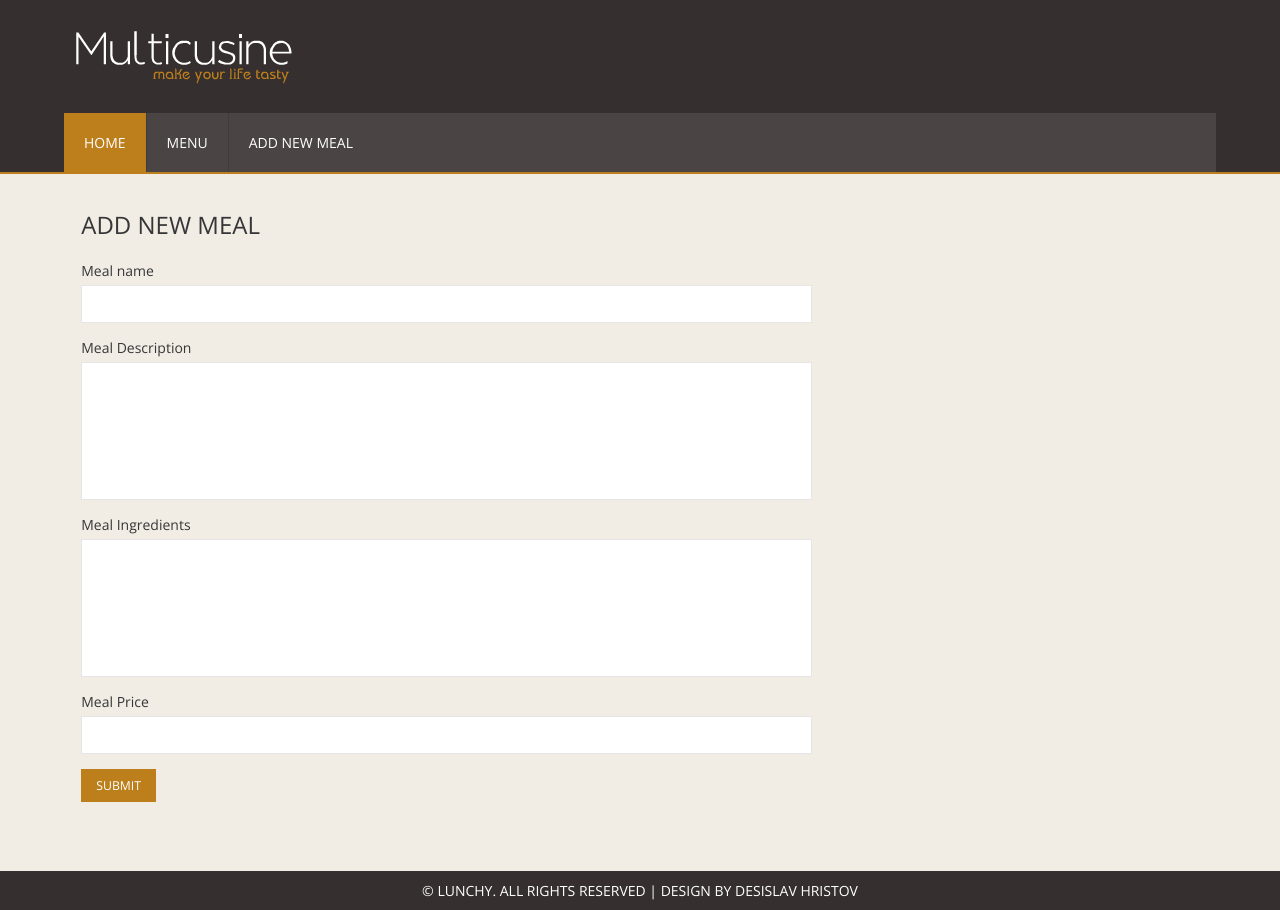
Repository: desso919/lunchy
Page: http://localhost/Lunchy/web/AddNewMealPage.jsp
An editor plug-in stored every save of this project. The page is shown before and after the next save, followed by the edit.
The browser window is 1280 px wide. The pictures show the whole page.
The page is served by Tomcat 9. Nobody is signed in. The application's start-up code is not run.

Above is the page before, as saved 2018-01-13 22:45:24.

After the next save:
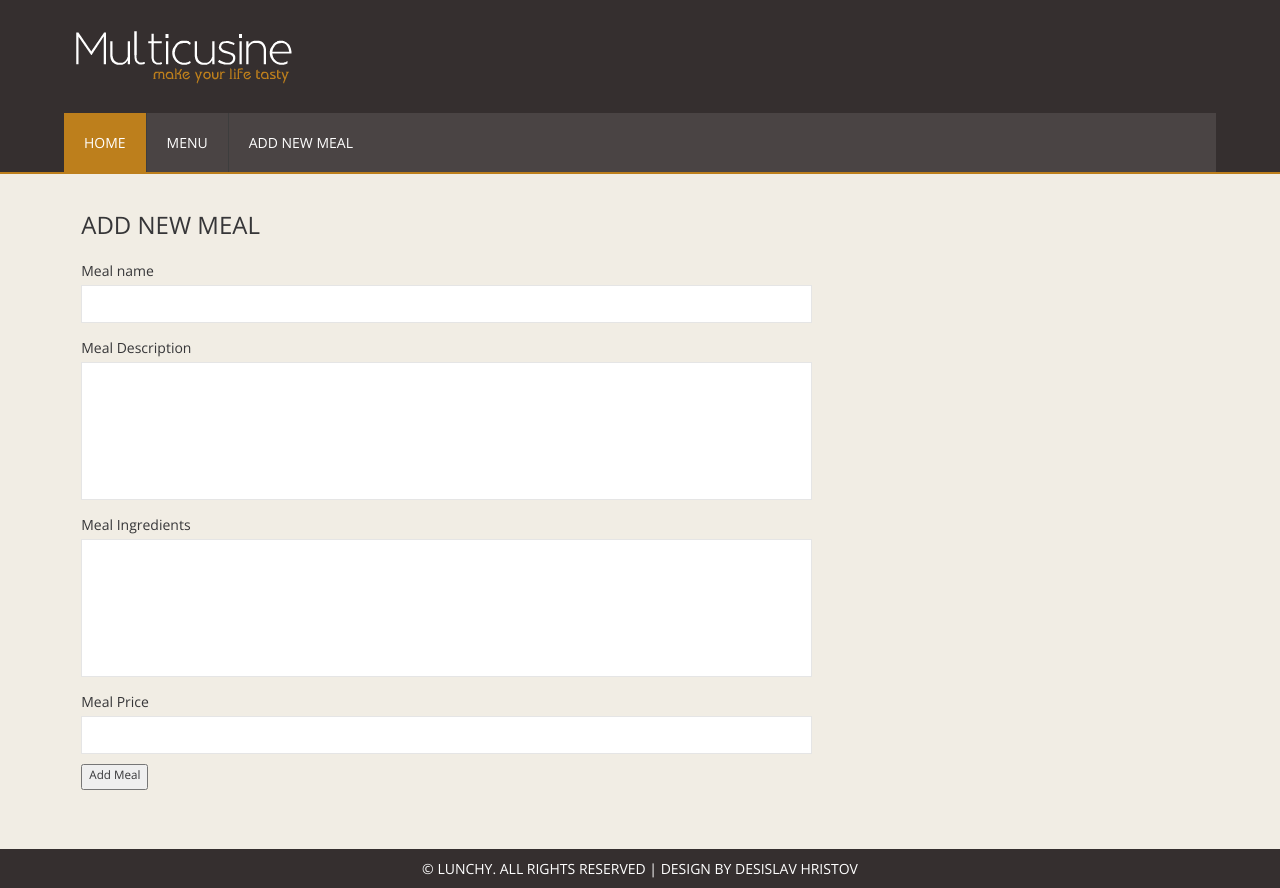
Saved 4 min 3 s later.
--- a/Lunchy/WebContent/web/AddNewMealPage.jsp
+++ b/Lunchy/WebContent/web/AddNewMealPage.jsp
@@ -61,10 +61,9 @@
 								<span><label>Meal Price</label></span> <span><input
 									name="price" type="text" class="textbox"></span>
 							</div>
-							<div>
-								<span><input type="submit" class="mybutton"
-									value="Submit"></span>
-							</div>
+							<button type="submit">
+								<i class="spinner"></i> <span class="state">Add Meal</span>
+							</button>
 						</form>
 
 					</div>

After the save that followed:
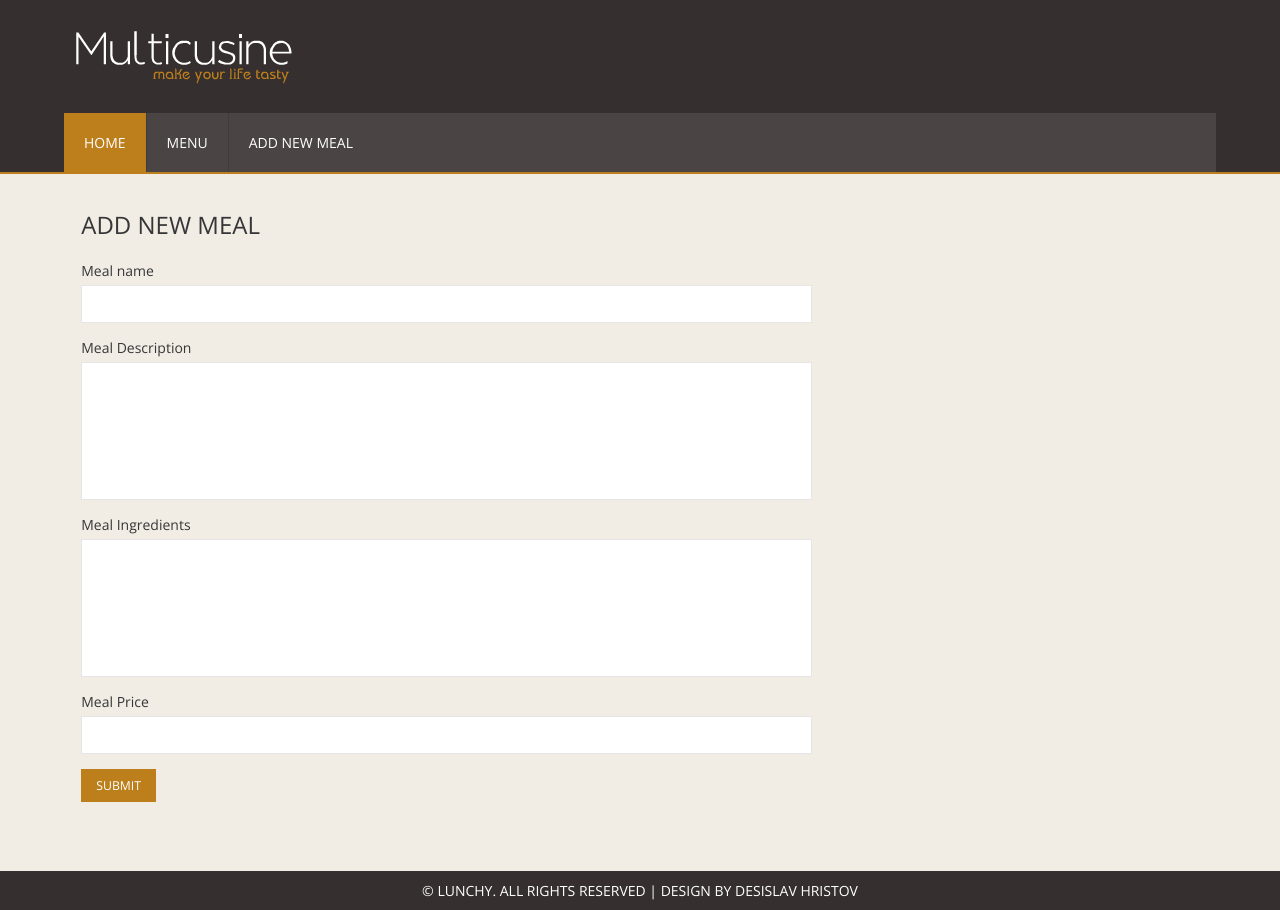
Saved 61 s later.
--- a/Lunchy/WebContent/web/AddNewMealPage.jsp
+++ b/Lunchy/WebContent/web/AddNewMealPage.jsp
@@ -61,9 +61,10 @@
 								<span><label>Meal Price</label></span> <span><input
 									name="price" type="text" class="textbox"></span>
 							</div>
-							<button type="submit">
-								<i class="spinner"></i> <span class="state">Add Meal</span>
-							</button>
+							<div>
+								<span><input type="submit" class="mybutton"
+									value="Submit"></span>
+							</div>
 						</form>
 
 					</div>
